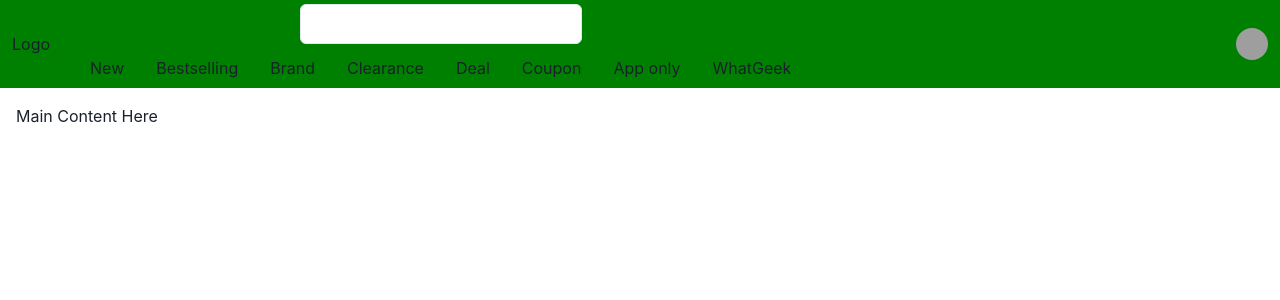
Repository: Vedprakas987/Shopee_cw24
Page: / (app in shopee_online/)
An editor plug-in stored every save of this project. The page is shown before and after a run of saves, followed by the edit.
The browser window is 1280 px wide. The pictures show the whole page.
Pictures or frames that could not be fetched are drawn as grey boxes. The project was rebuilt for these pictures with package versions that can differ from the ones it lists, and the page was loaded fresh each time.

Above is the page before, as saved 2022-12-15 21:22:17.

### shopee_online/src/index.js
import React from 'react';
import ReactDOM from 'react-dom/client';
import './index.css';
import App from './App';
import reportWebVitals from './reportWebVitals';
import { BrowserRouter } from 'react-router-dom';
import { ChakraProvider } from '@chakra-ui/react';
const root = ReactDOM.createRoot(document.getElementById('root'));
root.render(
  <ChakraProvider>
  <BrowserRouter>
    <App />
  </BrowserRouter>
  </ChakraProvider>

);

// If you want to start measuring performance in your app, pass a function
// to log results (for example: reportWebVitals(console.log))
// or send to an analytics endpoint. Learn more: https://bit.ly/CRA-vitals
reportWebVitals();

### shopee_online/src/App.js
import Navbar from "./Routes/Navbar";
function App() {
  return (
    <div className="App">
      <Navbar/>
    </div>
  );
}

export default App;

### shopee_online/src/Routes/Navbar.jsx
import { ReactNode } from 'react';
import { Input, VStack } from '@chakra-ui/react';
import {SearchIcon} from '@chakra-ui/icons'
import {
  Box,
  Flex,
  Avatar,
  HStack,
  Link,
  IconButton,
  Button,
  Menu,
  MenuButton,
  MenuList,
  MenuItem,
  MenuDivider,
  useDisclosure,
  useColorModeValue,
  Stack,
} from '@chakra-ui/react';
import { HamburgerIcon, CloseIcon } from '@chakra-ui/icons';

const Links = ['New','Bestselling','Brand','Clearance','Deal','Coupon','App only','WhatGeek',];

const NavLink = ({ children }) => (
  <Link
    px={2}
    py={1}
    rounded={'md'}
    _hover={{
      textDecoration: 'none',
      bg: useColorModeValue('gray.200', 'gray.700'),
    }}
    href={'#'}>
    {children}
  </Link>
);

export default function Navbar() {
  const { isOpen, onOpen, onClose } = useDisclosure();

  return (
    <>
      <Box bg={useColorModeValue('green', 'green')} px={7} padding="12px">
        <Flex h={16} alignItems={'center'} justifyContent={'space-between'}>
          <IconButton
            size={'md'}
            icon={isOpen ? <CloseIcon /> : <HamburgerIcon />}
            aria-label={'Open Menu'}
            display={{ md: 'none' }}
            onClick={isOpen ? onClose : onOpen}
          />
          <HStack spacing={8} alignItems={'center'}>
            <Box>Logo</Box>
            <VStack>
                <HStack>
                <Input bg="white" color="black"/>
                </HStack>
            <HStack
              as={'nav'}
              spacing={4}
              display={{ base: 'none', md: 'flex' }}>
              {Links.map((link) => (
                <NavLink key={link}>{link}</NavLink>
              ))}
            </HStack>
            </VStack>
          </HStack>

          <Flex alignItems={'center'}>
            <Menu>
              <MenuButton
                as={Button}
                rounded={'full'}
                variant={'link'}
                cursor={'pointer'}
                minW={0}>
                <Avatar
                  size={'sm'}
                  src={
                    'https://images.unsplash.com/photo-1493666438817-866a91353ca9?ixlib=rb-0.3.5&q=80&fm=jpg&crop=faces&fit=crop&h=200&w=200&s=b616b2c5b373a80ffc9636ba24f7a4a9'
                  }
                />
              </MenuButton>
              <MenuList>
                <MenuItem>Link 1</MenuItem>
                <MenuItem>Link 2</MenuItem>
                <MenuDivider />
                <MenuItem>Link 3</MenuItem>
              </MenuList>
            </Menu>
          </Flex>
        </Flex>

        {isOpen ? (
          <Box pb={4} display={{ md: 'none' }}>
            <Stack as={'nav'} spacing={4}>
              {Links.map((link) => (
                <NavLink key={link}>{link}</NavLink>
              ))}
            </Stack>
          </Box>
        ) : null}
      </Box>

      <Box p={4}>Main Content Here</Box>
    </>
  );
}

Loaded but not shown: shopee_online/public/index.html (common file); shopee_online/src/index.css (common file); shopee_online/src/reportWebVitals.js (common file)

After the next 3 saves:
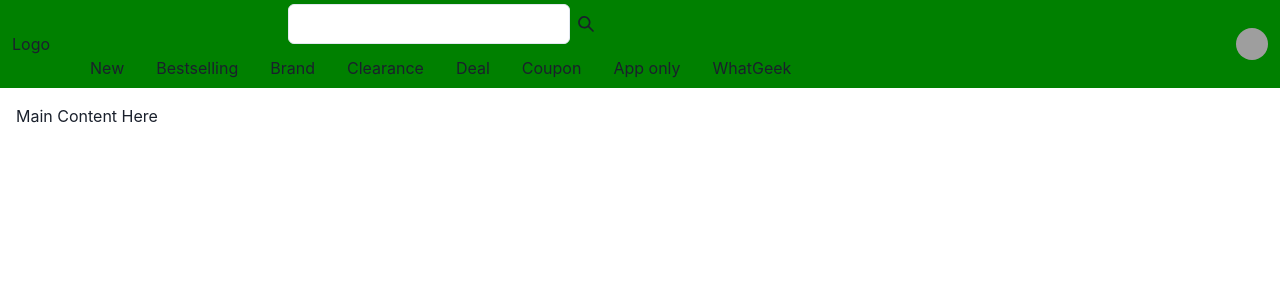
The 3 saves are shown as one change because they came seconds apart.
The last was saved 12 s later.
--- a/shopee_online/src/Routes/Navbar.jsx
+++ b/shopee_online/src/Routes/Navbar.jsx
@@ -55,6 +55,7 @@ export default function Navbar() {
             <VStack>
                 <HStack>
                 <Input bg="white" color="black"/>
+                <SearchIcon/>
                 </HStack>
             <HStack
               as={'nav'}
